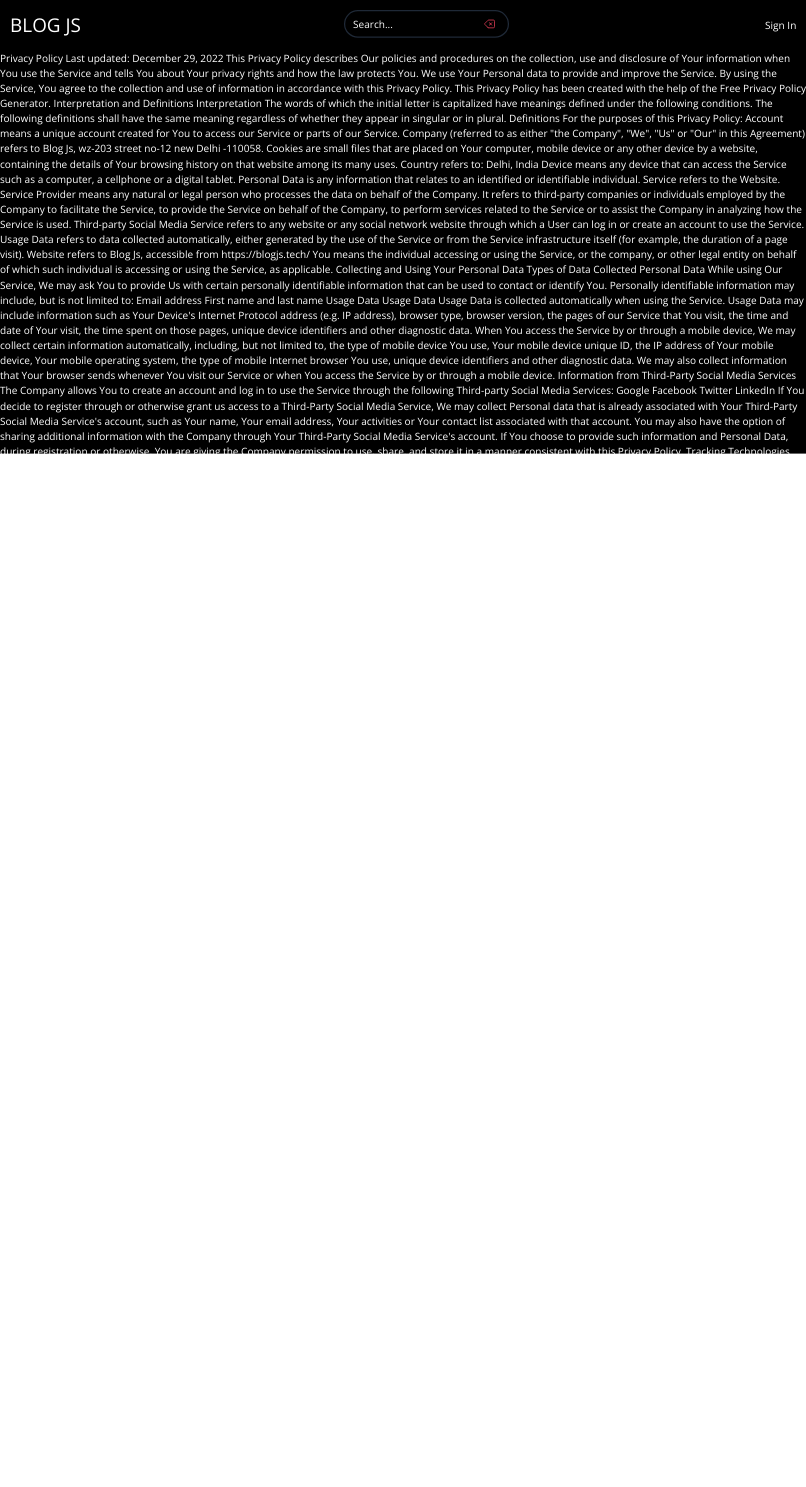
Repository: SehajBindra/Blog-Js
Page: /privacy
An editor plug-in stored every save of this project. The page is shown before and after the next save, followed by the edit.
The browser window is 1280 px wide. The pictures show the whole page, at 63% of full size.
The page's requests for data from a server got no answer. An inner scrolling area shows only its first screen. The project was rebuilt for these pictures with package versions that can differ from the ones it lists, and the page was loaded fresh each time. The framework's server and built-in components were replaced by stand-ins that run in the browser. No one was signed in, and anything a server would have sent is missing. Also part of the build but not shown: next.config.js, components/SearchResults.js. Imported but missing from the stored project, and not drawn on this page: src/createEmotionCache, src/theme.

Above is the page before, as saved 2022-12-30 00:59:18.

### pages/_app.js
import "../styles/globals.css";

import { Analytics } from "@vercel/analytics/react";
import { persistor, store } from "../redux/app/store";
import { Provider } from "react-redux";
import { PersistGate } from "redux-persist/lib/integration/react";
import { RecoilRoot } from "recoil";
import { SessionProvider } from "next-auth/react";
import ProgressBar from "@badrap/bar-of-progress";
import Router from "next/router";

import { AnimatePresence, motion } from "framer-motion";
const progress = new ProgressBar({
  size: 4,
  color: "#E23E57",
  // color: "#E23E57" ,"#4D80E4",
  className: "z-50",
  delay: 100,
});

Router.events.on("routeChangeStart", progress.start);
Router.events.on("routeChangeComplete", progress.finish);
Router.events.on("routeChangeError", progress.finish);

function MyApp({ Component, pageProps: { session, ...pageProps }, router }) {
  return (
    <SessionProvider session={session}>
      <Provider store={store}>
        <PersistGate loading={null} persistor={persistor}>
          <RecoilRoot>
            <AnimatePresence mode="wait">
              <motion.div
                key={router.route}
                initial="initialState"
                animate="animateState"
                exit="exitState"
                transition={{
                  duration: 0.8,
                  delay: 0.4,
                }}
                variants={{
                  initialState: {
                    opacity: 0.8,

                    // clipPath: "polygon(0 0, 100% 0, 100% 100%, 0% 100%)",
                  },
                  animateState: {
                    opacity: 1,

                    // clipPath: "polygon(0 0, 100% 0, 100% 100%, 0% 100%)",
                  },

                  exitState: {
                    // clipPath: "polygon(100% 0, 100% 0, 100% 100%, 100% 100%)",
                  },
                }}
              >
                <Component {...pageProps} />
              </motion.div>
            </AnimatePresence>
          </RecoilRoot>
        </PersistGate>
      </Provider>
      <Analytics />
    </SessionProvider>
  );
}

export default MyApp;

### pages/privacy.js
import React from "react";
import Header from "../components/Header";

function PrivacyPolicy() {
  return (
    <div className="bg-black  max-h-screen text-white">
      <Header />

      <div>
        Privacy Policy Last updated: December 29, 2022 This Privacy Policy
        describes Our policies and procedures on the collection, use and
        disclosure of Your information when You use the Service and tells You
        about Your privacy rights and how the law protects You. We use Your
        Personal data to provide and improve the Service. By using the Service,
        You agree to the collection and use of information in accordance with
        this Privacy Policy. This Privacy Policy has been created with the help
        of the Free Privacy Policy Generator. Interpretation and Definitions
        Interpretation The words of which the initial letter is capitalized have
        meanings defined under the following conditions. The following
        definitions shall have the same meaning regardless of whether they
        appear in singular or in plural. Definitions For the purposes of this
        Privacy Policy: Account means a unique account created for You to access
        our Service or parts of our Service. Company (referred to as either "the
        Company", "We", "Us" or "Our" in this Agreement) refers to Blog Js,
        wz-203 street no-12 new Delhi -110058. Cookies are small files that are
        placed on Your computer, mobile device or any other device by a website,
        containing the details of Your browsing history on that website among
        its many uses. Country refers to: Delhi, India Device means any device
        that can access the Service such as a computer, a cellphone or a digital
        tablet. Personal Data is any information that relates to an identified
        or identifiable individual. Service refers to the Website. Service
        Provider means any natural or legal person who processes the data on
        behalf of the Company. It refers to third-party companies or individuals
        employed by the Company to facilitate the Service, to provide the
        Service on behalf of the Company, to perform services related to the
        Service or to assist the Company in analyzing how the Service is used.
        Third-party Social Media Service refers to any website or any social
        network website through which a User can log in or create an account to
        use the Service. Usage Data refers to data collected automatically,
        either generated by the use of the Service or from the Service
        infrastructure itself (for example, the duration of a page visit).
        Website refers to Blog Js, accessible from https://blogjs.tech/ You
        means the individual accessing or using the Service, or the company, or
        other legal entity on behalf of which such individual is accessing or
        using the Service, as applicable. Collecting and Using Your Personal
        Data Types of Data Collected Personal Data While using Our Service, We
        may ask You to provide Us with certain personally identifiable
        information that can be used to contact or identify You. Personally
        identifiable information may include, but is not limited to: Email
        address First name and last name Usage Data Usage Data Usage Data is
        collected automatically when using the Service. Usage Data may include
        information such as Your Device's Internet Protocol address (e.g. IP
        address), browser type, browser version, the pages of our Service that
        You visit, the time and date of Your visit, the time spent on those
        pages, unique device identifiers and other diagnostic data. When You
        access the Service by or through a mobile device, We may collect certain
        information automatically, including, but not limited to, the type of
        mobile device You use, Your mobile device unique ID, the IP address of
        Your mobile device, Your mobile operating system, the type of mobile
        Internet browser You use, unique device identifiers and other diagnostic
        data. We may also collect information that Your browser sends whenever
        You visit our Service or when You access the Service by or through a
        mobile device. Information from Third-Party Social Media Services The
        Company allows You to create an account and log in to use the Service
        through the following Third-party Social Media Services: Google Facebook
        Twitter LinkedIn If You decide to register through or otherwise grant us
        access to a Third-Party Social Media Service, We may collect Personal
        data that is already associated with Your Third-Party Social Media
        Service's account, such as Your name, Your email address, Your
        activities or Your contact list associated with that account. You may
        also have the option of sharing additional information with the Company
        through Your Third-Party Social Media Service's account. If You choose
        to provide such information and Personal Data, during registration or
        otherwise, You are giving the Company permission to use, share, and
        store it in a manner consistent with this Privacy Policy. Tracking
        Technologies and Cookies We use Cookies and similar tracking
        technologies to track the activity on Our Service and store certain
        information. Tracking technologies used are beacons, tags, and scripts
        to collect and track information and to improve and analyze Our Service.
        The technologies We use may include: Cookies or Browser Cookies. A
        cookie is a small file placed on Your Device. You can instruct Your
        browser to refuse all Cookies or to indicate when a Cookie is being
        sent. However, if You do not accept Cookies, You may not be able to use
        some parts of our Service. Unless you have adjusted Your browser setting
        so that it will refuse Cookies, our Service may use Cookies. Web
        Beacons. Certain sections of our Service and our emails may contain
        small electronic files known as web beacons (also referred to as clear
        gifs, pixel tags, and single-pixel gifs) that permit the Company, for
        example, to count users who have visited those pages or opened an email
        and for other related website statistics (for example, recording the
        popularity of a certain section and verifying system and server
        integrity). Cookies can be "Persistent" or "Session" Cookies. Persistent
        Cookies remain on Your personal computer or mobile device when You go
        offline, while Session Cookies are deleted as soon as You close Your web
        browser. Learn more about cookies on the Free Privacy Policy website
        article. We use both Session and Persistent Cookies for the purposes set
        out below: Necessary / Essential Cookies Type: Session Cookies
        Administered by: Us Purpose: These Cookies are essential to provide You
        with services available through the Website and to enable You to use
        some of its features. They help to authenticate users and prevent
        fraudulent use of user accounts. Without these Cookies, the services
        that You have asked for cannot be provided, and We only use these
        Cookies to provide You with those services. Cookies Policy / Notice
        Acceptance Cookies Type: Persistent Cookies Administered by: Us Purpose:
        These Cookies identify if users have accepted the use of cookies on the
        Website. Functionality Cookies Type: Persistent Cookies Administered by:
        Us Purpose: These Cookies allow us to remember choices You make when You
        use the Website, such as remembering your login details or language
        preference. The purpose of these Cookies is to provide You with a more
        personal experience and to avoid You having to re-enter your preferences
        every time You use the Website. For more information about the cookies
        we use and your choices regarding cookies, please visit our Cookies
        Policy or the Cookies section of our Privacy Policy. Use of Your
        Personal Data The Company may use Personal Data for the following
        purposes: To provide and maintain our Service, including to monitor the
        usage of our Service. To manage Your Account: to manage Your
        registration as a user of the Service. The Personal Data You provide can
        give You access to different functionalities of the Service that are
        available to You as a registered user. For the performance of a
        contract: the development, compliance and undertaking of the purchase
        contract for the products, items or services You have purchased or of
        any other contract with Us through the Service. To contact You: To
        contact You by email, telephone calls, SMS, or other equivalent forms of
        electronic communication, such as a mobile application's push
        notifications regarding updates or informative communications related to
        the functionalities, products or contracted services, including the
        security updates, when necessary or reasonable for their implementation.
        To provide You with news, special offers and general information about
        other goods, services and events which we offer that are similar to
        those that you have already purchased or enquired about unless You have
        opted not to receive such information. To manage Your requests: To
        attend and manage Your requests to Us. For business transfers: We may
        use Your information to evaluate or conduct a merger, divestiture,
        restructuring, reorganization, dissolution, or other sale or transfer of
        some or all of Our assets, whether as a going concern or as part of
        bankruptcy, liquidation, or similar proceeding, in which Personal Data
        held by Us about our Service users is among the assets transferred. For
        other purposes: We may use Your information for other purposes, such as
        data analysis, identifying usage trends, determining the effectiveness
        of our promotional campaigns and to evaluate and improve our Service,
        products, services, marketing and your experience. We may share Your
        personal information in the following situations: With Service
        Providers: We may share Your personal information with Service Providers
        to monitor and analyze the use of our Service, to contact You. For
        business transfers: We may share or transfer Your personal information
        in connection with, or during negotiations of, any merger, sale of
        Company assets, financing, or acquisition of all or a portion of Our
        business to another company. With Affiliates: We may share Your
        information with Our affiliates, in which case we will require those
        affiliates to honor this Privacy Policy. Affiliates include Our parent
        company and any other subsidiaries, joint venture partners or other
        companies that We control or that are under common control with Us. With
        business partners: We may share Your information with Our business
        partners to offer You certain products, services or promotions. With
        other users: when You share personal information or otherwise interact
        in the public areas with other users, such information may be viewed by
        all users and may be publicly distributed outside. If You interact with
        other users or register through a Third-Party Social Media Service, Your
        contacts on the Third-Party Social Media Service may see Your name,
        profile, pictures and description of Your activity. Similarly, other
        users will be able to view descriptions of Your activity, communicate
        with You and view Your profile. With Your consent: We may disclose Your
        personal information for any other purpose with Your consent. Retention
        of Your Personal Data The Company will retain Your Personal Data only
        for as long as is necessary for the purposes set out in this Privacy
        Policy. We will retain and use Your Personal Data to the extent
        necessary to comply with our legal obligations (for example, if we are
        required to retain your data to comply with applicable laws), resolve
        disputes, and enforce our legal agreements and policies. The Company
        will also retain Usage Data for internal analysis purposes. Usage Data
        is generally retained for a shorter period of time, except when this
        data is used to strengthen the security or to improve the functionality
        of Our Service, or We are legally obligated to retain this data for
        longer time periods. Transfer of Your Personal Data Your information,
        including Personal Data, is processed at the Company's operating offices
        and in any other places where the parties involved in the processing are
        located. It means that this information may be transferred to — and
        maintained on — computers located outside of Your state, province,
        country or other governmental jurisdiction where the data protection
        laws may differ than those from Your jurisdiction. Your consent to this
        Privacy Policy followed by Your submission of such information
        represents Your agreement to that transfer. The Company will take all
        steps reasonably necessary to ensure that Your data is treated securely
        and in accordance with this Privacy Policy and no transfer of Your
        Personal Data will take place to an organization or a country unless
        there are adequate controls in place including the security of Your data
        and other personal information. Delete Your Personal Data You have the
        right to delete or request that We assist in deleting the Personal Data
        that We have collected about You. Our Service may give You the ability
        to delete certain information about You from within the Service. You may
        update, amend, or delete Your information at any time by signing in to
        Your Account, if you have one, and visiting the account settings section
        that allows you to manage Your personal information. You may also
        contact Us to request access to, correct, or delete any personal
        information that You have provided to Us. Please note, however, that We
        may need to retain certain information when we have a legal obligation
        or lawful basis to do so. Disclosure of Your Personal Data Business
        Transactions If the Company is involved in a merger, acquisition or
        asset sale, Your Personal Data may be transferred. We will provide
        notice before Your Personal Data is transferred and becomes subject to a
        different Privacy Policy. Law enforcement Under certain circumstances,
        the Company may be required to disclose Your Personal Data if required
        to do so by law or in response to valid requests by public authorities
        (e.g. a court or a government agency). Other legal requirements The
        Company may disclose Your Personal Data in the good faith belief that
        such action is necessary to: Comply with a legal obligation Protect and
        defend the rights or property of the Company Prevent or investigate
        possible wrongdoing in connection with the Service Protect the personal
        safety of Users of the Service or the public Protect against legal
        liability Security of Your Personal Data The security of Your Personal
        Data is important to Us, but remember that no method of transmission
        over the Internet, or method of electronic storage is 100% secure. While
        We strive to use commercially acceptable means to protect Your Personal
        Data, We cannot guarantee its absolute security. Children's Privacy Our
        Service does not address anyone under the age of 13. We do not knowingly
        collect personally identifiable information from anyone under the age of
        13. If You are a parent or guardian and You are aware that Your child
        has provided Us with Personal Data, please contact Us. If We become
        aware that We have collected Personal Data from anyone under the age of
        13 without verification of parental consent, We take steps to remove
        that information from Our servers. If We need to rely on consent as a
        legal basis for processing Your information and Your country requires
        consent from a parent, We may require Your parent's consent before We
        collect and use that information. Links to Other Websites Our Service
        may contain links to other websites that are not operated by Us. If You
        click on a third party link, You will be directed to that third party's
        site. We strongly advise You to review the Privacy Policy of every site
        You visit. We have no control over and assume no responsibility for the
        content, privacy policies or practices of any third party sites or
        services. Changes to this Privacy Policy We may update Our Privacy
        Policy from time to time. We will notify You of any changes by posting
        the new Privacy Policy on this page. We will let You know via email
        and/or a prominent notice on Our Service, prior to the change becoming
        effective and update the "Last updated" date at the top of this Privacy
        Policy. You are advised to review this Privacy Policy periodically for
        any changes. Changes to this Privacy Policy are effective when they are
        posted on this page. Contact Us If you have any questions about this
        Privacy Policy, You can contact us: By email: blogjs.tech@gmail.com
      </div>
    </div>
  );
}

export default PrivacyPolicy;

### styles/globals.css
/* @import url('https://fonts.googleapis.com/css2?family=Source+Code+Pro&family=Source+Sans+Pro:wght@200&display=swap'); */

@import url('https://fonts.googleapis.com/css2?family=Open+Sans:wght@300&display=swap');


*{
    font-family: 'Open Sans', sans-serif;
     scroll-behavior: smooth;
    -webkit-tap-highlight-color: transparent;

}


@layer components {
    .navBtn {
      @apply h-5 w-5  text-[#E23E57] animate-bounce;
    }

    .loadMore{
      @apply text-white flex items-center justify-center text-center text-base sm:text-xl ;
    }

    .arrow {
        @apply text-[#E23E57] h-4 cursor-pointer animate-bounce;
    }

    .activeIcon {
        @apply  text-[#E23E57] transition-all duration-150 ease-in h-4 w-4 cursor-pointer;
    }

    .notActiveIcon{
        @apply text-gray-400 h-4 w-4 cursor-pointer;
    }

    .activeBtn{
        @apply flex items-center space-x-2 text-[#E23E57] transition-all duration-150 ease-in  py-2 px-4 cursor-pointer;
    }

    .notActiveBtn {
        @apply  text-white px-4 py-1   cursor-pointer;
    }

    .image {
        @apply rounded-md hover:opacity-80  pointer-events-none  transition duration-200 ease-out  cursor-pointer  object-cover  flex-shrink-0;
    }

    .input {
        @apply bg-black  py-2 px-4 border-b border-gray-600 my-2 focus:ring-0 focus-within:outline-none w-full text-center;
    }

    .productSection {
        @apply flex flex-col overflow-x-hidden  mx-auto items-center  justify-center pr-10   align-middle ;
    }
  }

@tailwind base;
@tailwind components;
@tailwind utilities;

### redux/app/store.js
import { configureStore, combineReducers } from "@reduxjs/toolkit";
import basketReducer from "../app/slices/SavedSlice";
import {
  persistStore,
  persistReducer,
  FLUSH,
  REHYDRATE,
  PAUSE,
  PERSIST,
  PURGE,
  REGISTER,
} from "redux-persist";
import storage from "redux-persist/lib/storage";
// import { PersistGate } from "redux-persist/integration/react";

const persistConfig = {
  key: "root",
  version: 1,
  storage,
};

const rootReducers = combineReducers({ basket: basketReducer });

const persistedReducer = persistReducer(persistConfig, rootReducers);

export const store = configureStore({
  reducer: persistedReducer,
  middleware: (getDefaultMiddleware) =>
    getDefaultMiddleware({
      serializableCheck: {
        ignoredActions: [FLUSH, REHYDRATE, PAUSE, PERSIST, PURGE, REGISTER],
      },
    }),
});

export const persistor = persistStore(store);

### redux/app/slices/SavedSlice.js
import { createSlice } from "@reduxjs/toolkit";

const initialState = {
  items: [],
};

export const basketSlice = createSlice({
  name: "basket",
  initialState,
  reducers: {
    addtoBasket: (state, action) => {
      state.items = [...state.items, action.payload];
    },
    removefromBasket: (state, action) => {
      const index = state.items.findIndex(
        (basketItem) => basketItem.id === action.payload.id
      );

      let newBasket = [...state.items];

      if (index >= 0) {
        // the item exists in the basket ... remove it
        newBasket.splice(index, 1);
        // splice is basically is cutting out
      } else {
        console.warn(
          `cant remove Product (id: ${action.payload.id}) as it is not inn the Basket `
        );
      }
      state.items = newBasket;
    },
  },
});

export const { addtoBasket, removefromBasket } = basketSlice.actions;
// selectors : this is how we pull information from global store

export const selectItems = (state) => state.basket.items;
export const selectTotal = (state) =>
  state.basket.items.reduce((total, item) => total + item.price, 0);
export default basketSlice.reducer;

### tailwind.config.js
/** @type {import('tailwindcss').Config} */
module.exports = {
  content: [
    "./pages/**/*.{js,ts,jsx,tsx}",
    "./components/**/*.{js,ts,jsx,tsx}",
  ],
  theme: {
    extend: {},
  },
  plugins: [
    require("@tailwindcss/line-clamp"),
    require("tailwind-scrollbar-hide"),
    require("tailwind-scrollbar")({ nocompatible: true }),
  ],
};

Loaded but not shown: atoms/modalAtom.js (common file); components/Header.js (163 lines, source omitted); pages/_document.js (84 lines, source omitted)

After the next save:
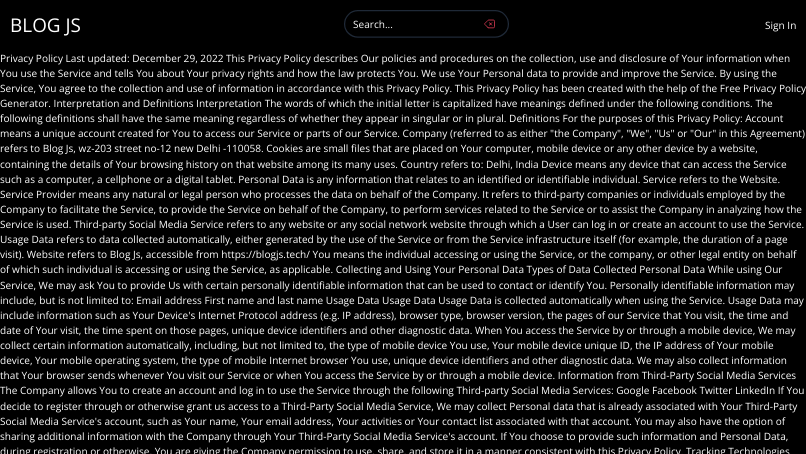
Saved 45 s later.
--- a/pages/privacy.js
+++ b/pages/privacy.js
@@ -3,7 +3,7 @@ import Header from "../components/Header";
 
 function PrivacyPolicy() {
   return (
-    <div className="bg-black  max-h-screen text-white">
+    <div className="bg-black overflow-y-scroll  max-h-screen text-white">
       <Header />
 
       <div>
